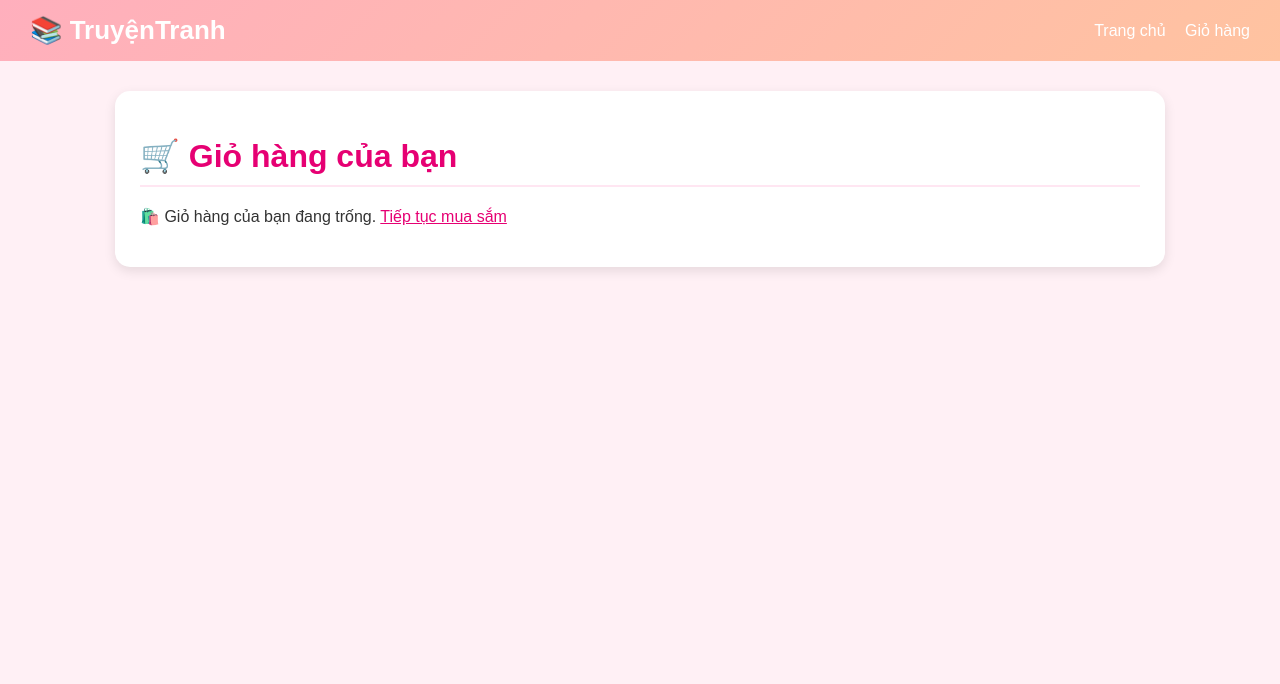
Repository: kienNB2005/QLBanHang
Page: http://localhost/views/client/cart/index.php?page=client&action=displayLogin
An editor plug-in stored every save of this project. The page is shown before and after the next save, followed by the edit.
The browser window is 1280 px wide. The pictures show the whole page.
The page is run by PHP 8.4 with error messages shown; the project is at /var/www/html/.

Above is the page before, as saved 2025-09-15 22:26:32.

After the next save:
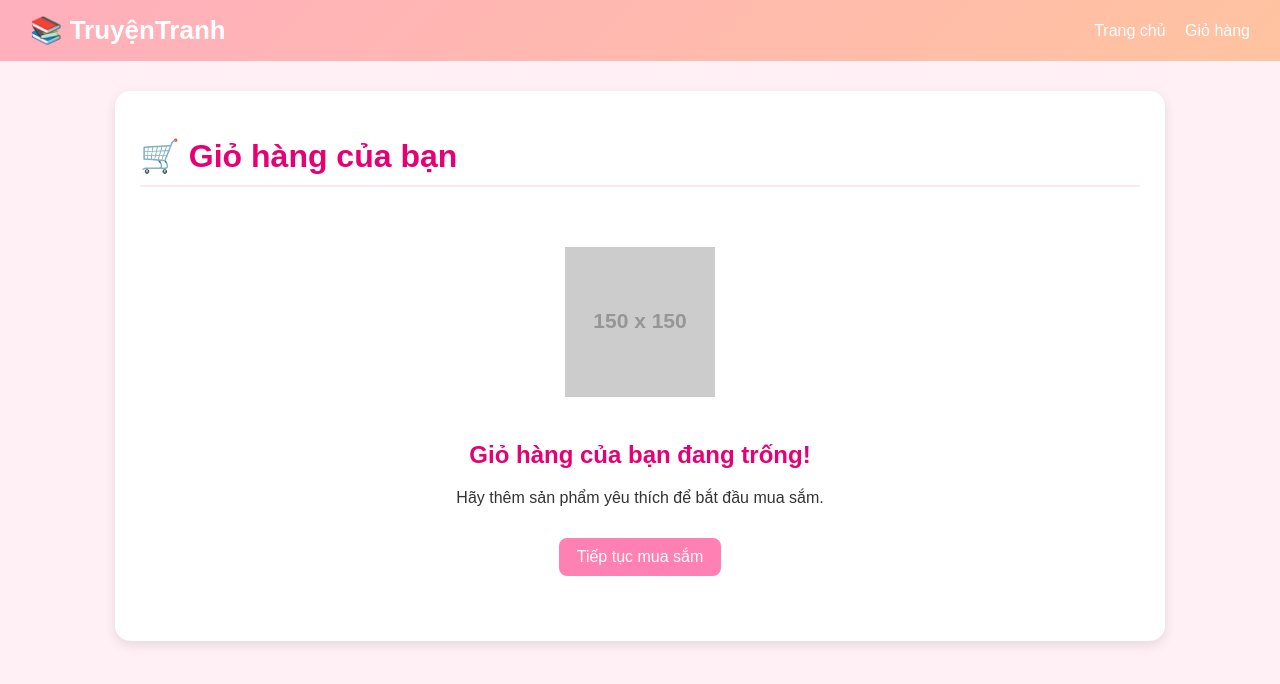
Saved 9 min 40 s later.
--- a/views/client/cart/index.php
+++ b/views/client/cart/index.php
@@ -176,6 +176,30 @@
         background: linear-gradient(135deg, #e60073, #ff6f91);
     }
 
+    .empty-cart {
+        text-align: center;
+        padding: 40px;
+    }
+    .empty-cart img {
+        margin-bottom: 20px;
+    }
+    .empty-cart h2 {
+        color: #e60073;
+    }
+    .empty-cart a {
+        display: inline-block;
+        margin-top: 15px;
+        background: #ff80b3;
+        color: #fff;
+        padding: 10px 18px;
+        border-radius: 8px;
+        text-decoration: none;
+        transition: 0.3s;
+    }
+    .empty-cart a:hover {
+        background: #e60073;
+    }
+
     a { color: #e60073; }
     a:hover { text-decoration: underline; }
 </style>
@@ -238,10 +262,15 @@
                 <button type="submit" class="checkout-btn">Thanh toán ngay</button>
             </form>
         </div>
-
     <?php else: ?>
-        <p>🛍️ Giỏ hàng của bạn đang trống. <a href="index.php">Tiếp tục mua sắm</a></p>
+        <div class="empty-cart">
+            <img src="https://via.placeholder.com/150?text=🛒" alt="Empty Cart">
+            <h2>Giỏ hàng của bạn đang trống!</h2>
+            <p>Hãy thêm sản phẩm yêu thích để bắt đầu mua sắm.</p>
+            <a href="/qlbanhang/index.php?page=client&action=index">Tiếp tục mua sắm</a>
+        </div>
     <?php endif; ?>
+
 </div>
 
 </body>
